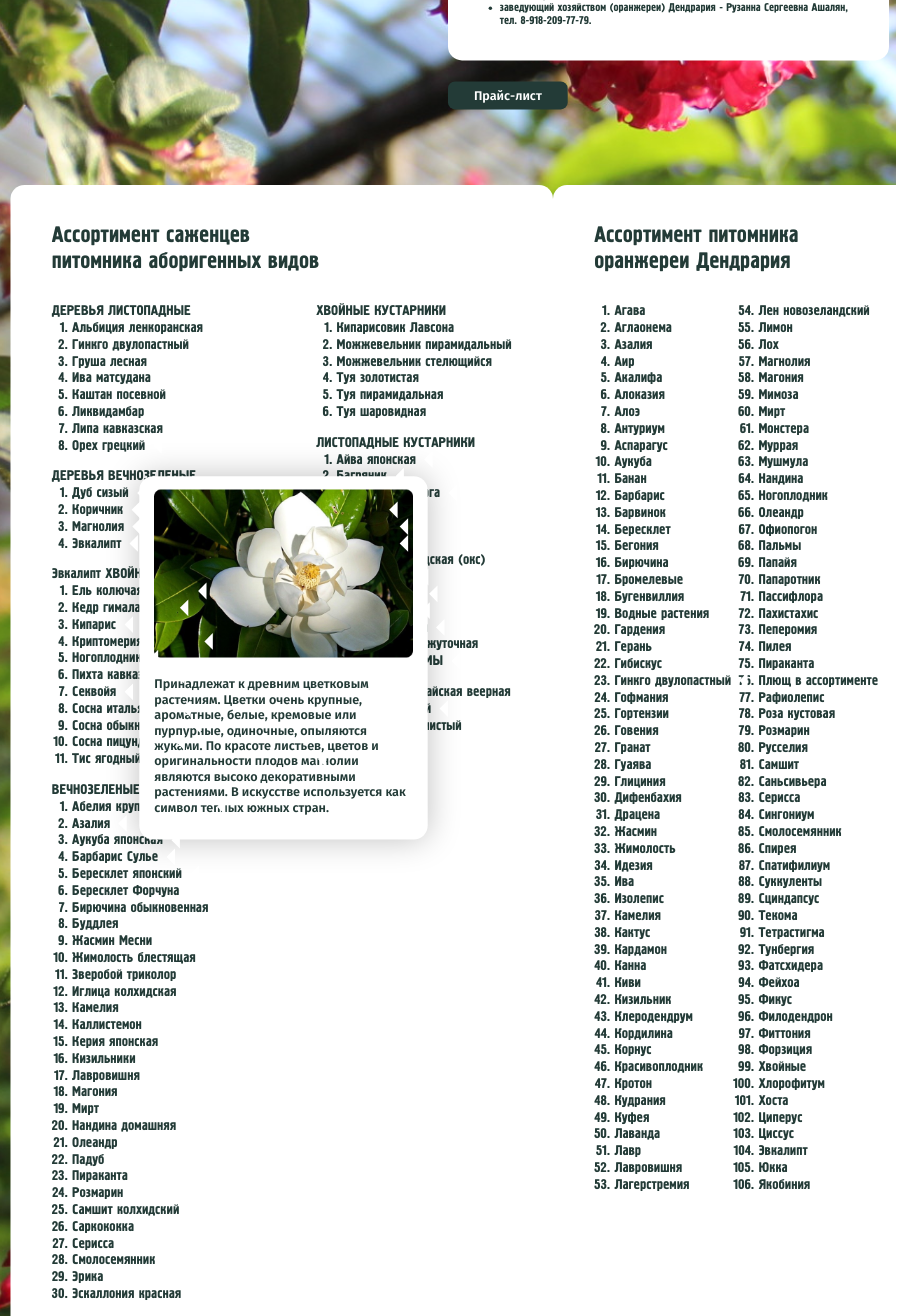
Repository: sem1103/np-sochi
Page: index.html
An editor plug-in stored every save of this project. The page is shown before and after the next save, followed by the edit.
The browser window is 1280 px wide. The page is 1313 px wide, so the pictures cover 1313 px, including what lies to the right of the window. The pictures show the part of the page from y = 535 to 2415 px (the page is 2598 px tall), at 70% of full size.

Above is the page before, as saved 2024-01-17 23:07:37.

After the next save:
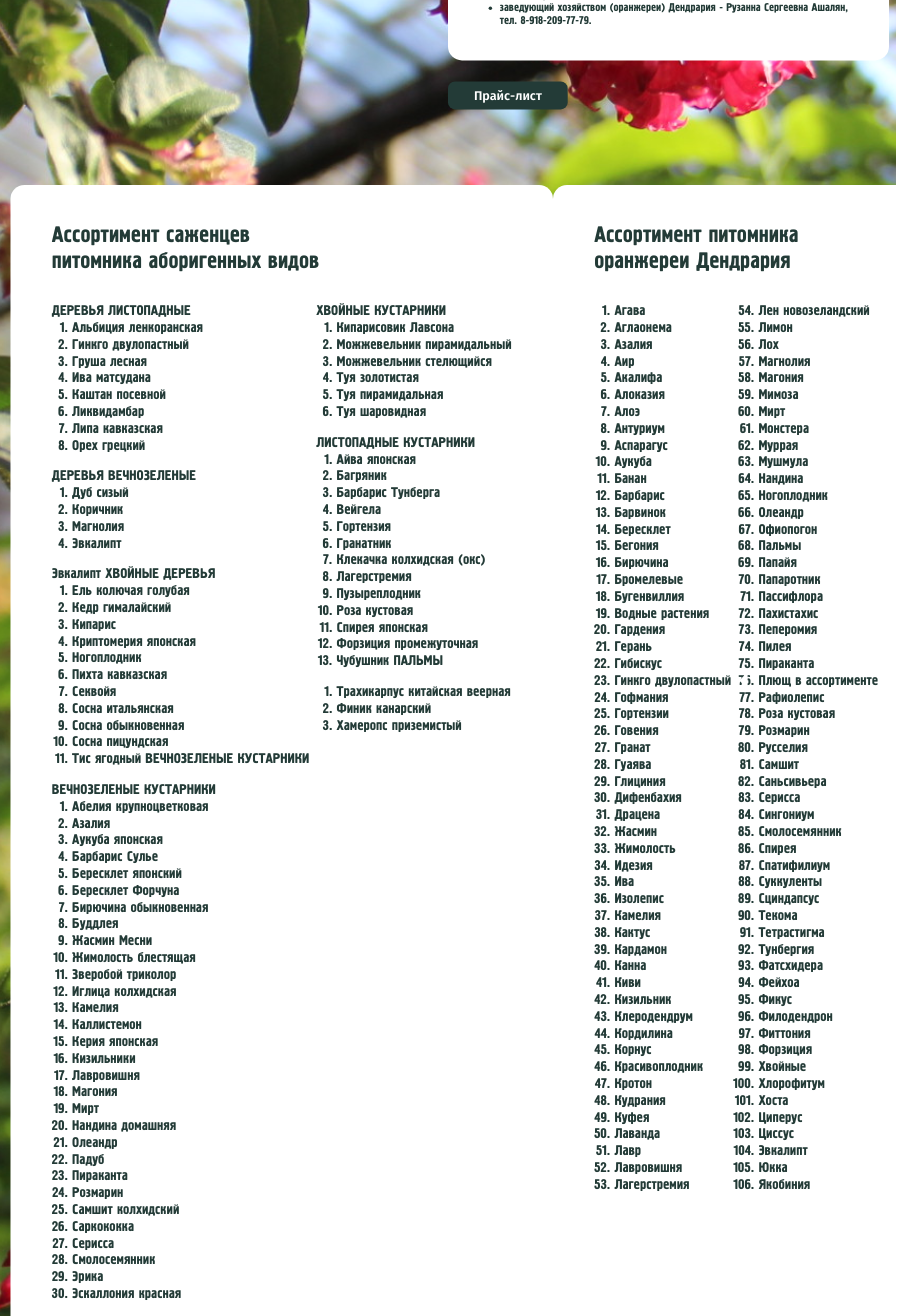
Saved 40 s later.
--- a/styles/main.css
+++ b/styles/main.css
@@ -104,6 +104,9 @@ ol div::after{
     border-right-color: #fff;
     z-index: 999;
 }
+ol div:hover .item__card{
+    display: block;
+}
 .left__items{
     margin: 0 10px 0 0;
 }
@@ -117,6 +120,7 @@ ol div::after{
     left: calc(100% + 22px);
     width: 412px;
     top: -60px;
+    display: none;
 }
 .item__card img{
     margin: 0 0 21px 0;
